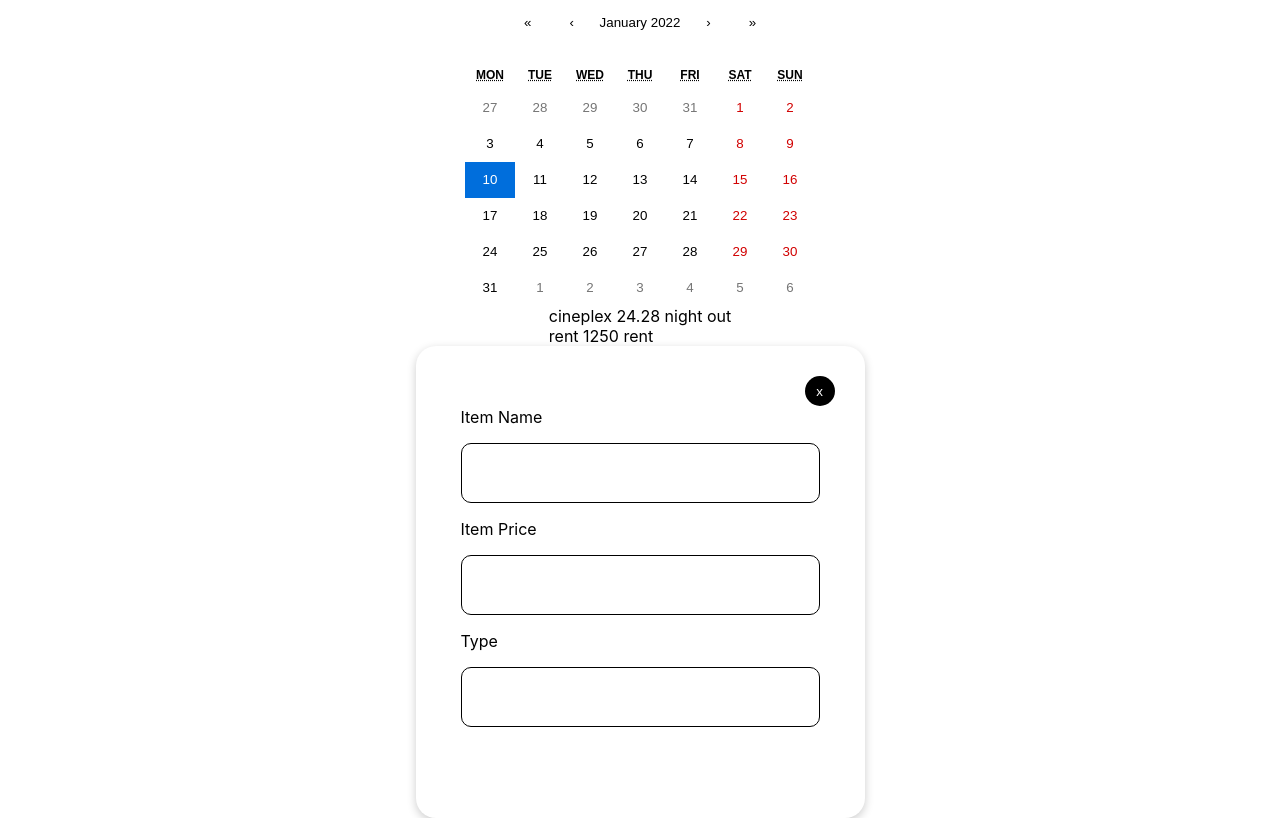
Repository: julianm09/expense-tracker
Page: /
The author's editor kept a copy of each file at every save. The page is drawn from the files as they stood at one save, then again after the next save.
The browser window is 1280 px wide. The pictures show the whole page.
The project was rebuilt for these pictures with package versions that can differ from the ones it lists, and the page was loaded fresh each time. The framework's server and built-in components were replaced by stand-ins that run in the browser. Also part of the build but not shown: next.config.js.

Above is the page before, as saved 2022-01-10 15:04:58.

After the next save:
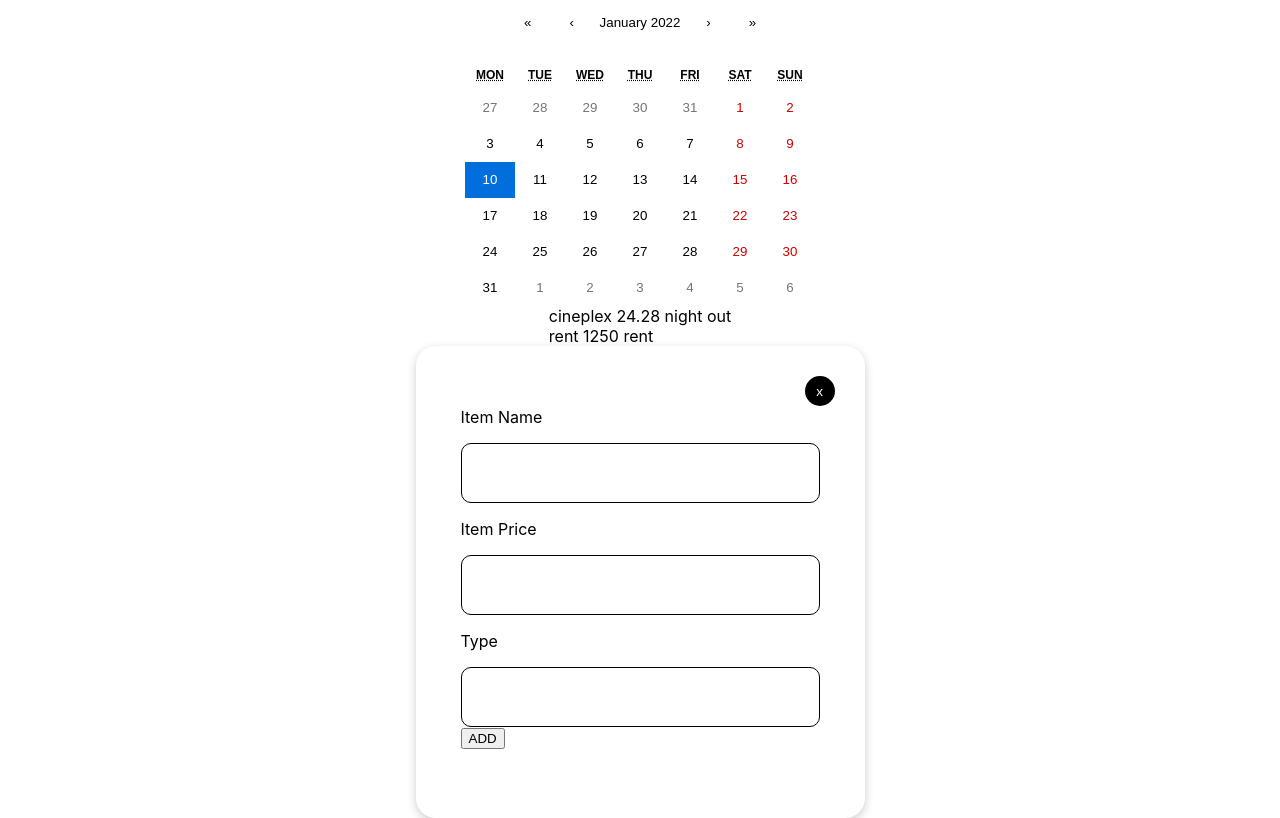
Saved 41 s later.
--- a/comps/popup.js
+++ b/comps/popup.js
@@ -43,6 +43,10 @@ const Box = styled.input`
 
 const Title = styled.p``;
 const BottomDiv = styled.div``;
+
+const AddButton = styled.button`
+  width: ;
+`;
 export default function PopUp() {
   return (
     <Cont>
@@ -60,6 +64,7 @@ export default function PopUp() {
           <Title>Type</Title>
           <Box></Box>
         </TextCont>
+        <AddButton>ADD</AddButton>
       </BottomDiv>
     </Cont>
   );
